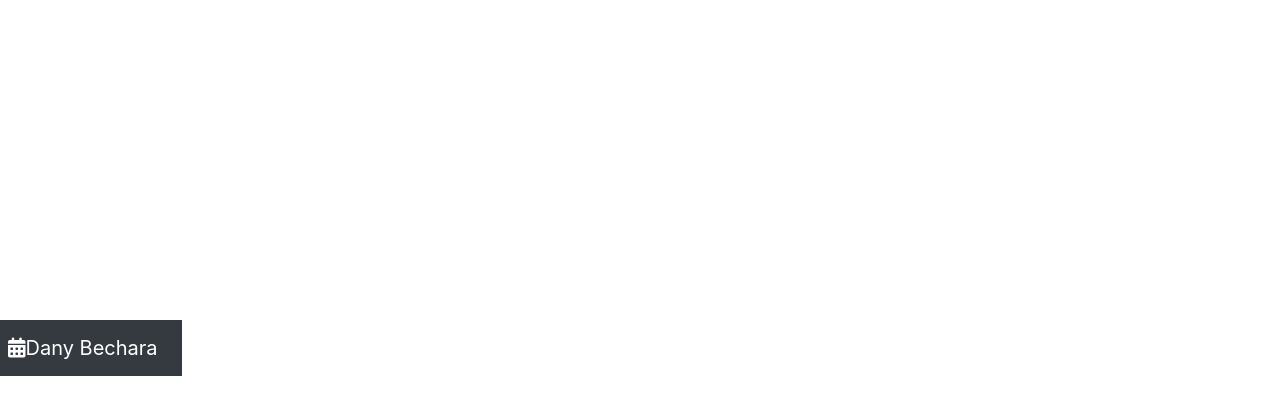
Repository: bechara611/calendar-frontend
Page: /
These files come from the project's save history. The page is drawn as it stood at one moment and after the next save; the edit follows.
The browser window is 1280 px wide. The pictures show the whole page.
The project was rebuilt for these pictures with package versions that can differ from the ones it lists, and the page was loaded fresh each time. Also part of the build but not shown: vite.config.js. Imported but missing from the stored project, and not drawn on this page: src/auth.

Above is the page before, as saved 2023-01-04 14:01:25.

After the next save:
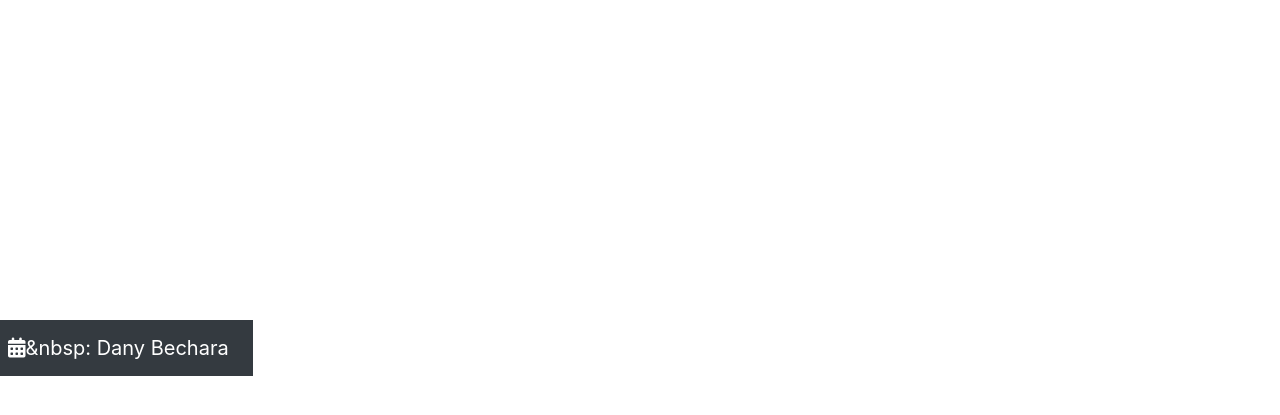
Saved 73 s later.
--- a/src/calendar/components/NavBar.jsx
+++ b/src/calendar/components/NavBar.jsx
@@ -5,6 +5,7 @@ export const NavBar = () => {
     <div className="navbar navbar-dark bg-dark mb-4 px-2">
     <span className='navbar-brand'>
     <i className='fas fa-calendar-alt'></i>
+    &nbsp:
     Dany Bechara
     </span>
     </div>
